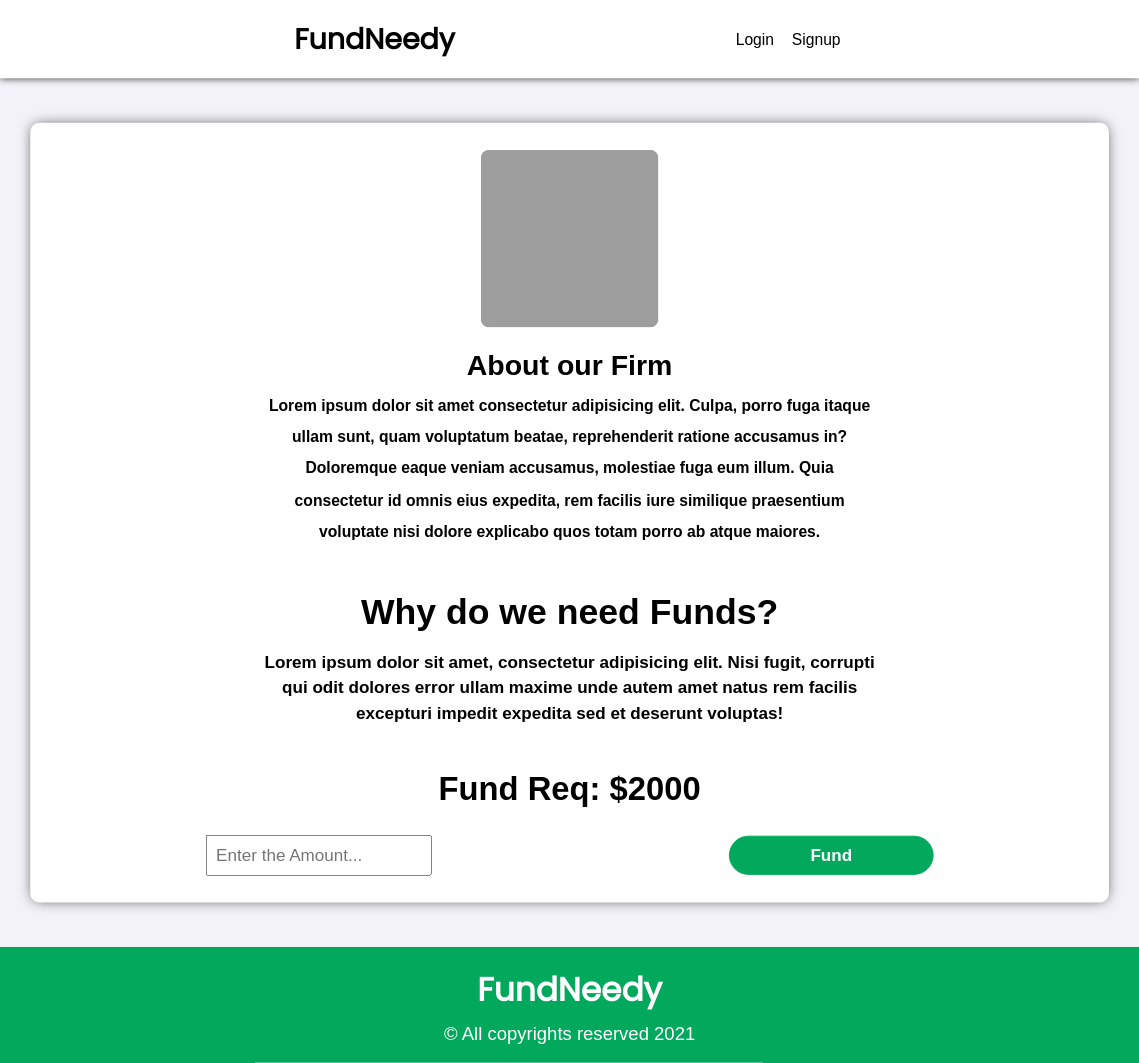
Repository: osdc/codejam
Page: /firmname (app in sassy-sandwiches/fund-needy/)
These files come from the project's save history. The page is drawn as it stood at one moment and after the next save; the edit follows.
The browser window is 1280 px wide. The pictures show the whole page, at 89% of full size.
Pictures or frames that could not be fetched are drawn as grey boxes. The project was rebuilt for these pictures with package versions that can differ from the ones it lists, and the page was loaded fresh each time. Also part of the build but not shown: sassy-sandwiches/fund-needy/src/Showcase.css, sassy-sandwiches/fund-needy/src/Showcase.js, sassy-sandwiches/fund-needy/src/Needies.css, sassy-sandwiches/fund-needy/src/Needy.css, sassy-sandwiches/fund-needy/src/Needy.js, sassy-sandwiches/fund-needy/src/Needies.js.

Above is the page before, as saved 2021-01-09 22:34:37.

### sassy-sandwiches/fund-needy/public/index.html
<!DOCTYPE html>
<html lang="en">
  <head>
    <meta charset="utf-8" />
    <link rel="icon" href="%PUBLIC_URL%/favicon.ico" />
    <meta name="viewport" content="width=device-width, initial-scale=1" />
    <meta name="theme-color" content="#000000" />
    <meta
      name="description"
      content="Web site created using create-react-app"
    />
    <link rel="apple-touch-icon" href="%PUBLIC_URL%/logo192.png" />
    <link rel="manifest" href="%PUBLIC_URL%/manifest.json" />
    <title>FundNeedy</title>
  </head>
  <body>
    <noscript>You need to enable JavaScript to run this app.</noscript>
    <div id="root"></div>
  </body>
</html>

### sassy-sandwiches/fund-needy/src/App.js
import React from "react";
import "./App.css";
import Navbar from "./Navbar";
import Showcase from "./Showcase";
import Needies from "./Needies";
import Footer from "./Footer";
import { BrowserRouter as Router, Route, Switch } from "react-router-dom";
import FirmFund from "./FirmFund";

function App() {
  return (
    <div className="App">
      <Router>
        <Navbar />
        <Switch>
          <Route exact path="/" component={Showcase} />
          <Route path="/needies" component={Needies} />
          <Route path="/firmname" component={FirmFund} />
        </Switch>
        <Footer />
      </Router>
    </div>
  );
}

export default App;

### sassy-sandwiches/fund-needy/src/App.css
* {
  margin: 0;
  padding: 0;
  font-family: Arial, Helvetica, sans-serif;
}

body {
  background-color: #f3f2f8;
}

### sassy-sandwiches/fund-needy/src/Navbar.js
import React from "react";
import "./Navbar.css";

function Navbar() {
  return (
    <div className="navbar">
      <div className="navbar_logo">
        <h1>FundNeedy</h1>
      </div>
      <div className="navbar_login_signup">
        <button>Login</button>
        <button>Signup</button>
      </div>
    </div>
  );
}

export default Navbar;

### sassy-sandwiches/fund-needy/src/Footer.js
import React from "react";
import "./Footer.css";

function Footer() {
  return (
    <div className="footer">
      <h1>FundNeedy</h1>
      <p>© All copyrights reserved 2021</p>
    </div>
  );
}

export default Footer;

### sassy-sandwiches/fund-needy/src/FirmFund.js
import React from "react";
import "./FirmFund.css";

function FirmFund() {
  return (
    <div className="firmFund">
      <div className="firmFund_image">
        <img
          src="https://i.pinimg.com/originals/ba/fc/15/bafc1525cef9606c5c064694ca8e60fb.jpg"
          alt=""
        />
      </div>
      <div className="firmFund_about">
        <h2>About our Firm</h2>
        <p>
          Lorem ipsum dolor sit amet consectetur adipisicing elit. Culpa, porro
          fuga itaque ullam sunt, quam voluptatum beatae, reprehenderit ratione
          accusamus in? Doloremque eaque veniam accusamus, molestiae fuga eum
          illum. Quia consectetur id omnis eius expedita, rem facilis iure
          similique praesentium voluptate nisi dolore explicabo quos totam porro
          ab atque maiores.
        </p>
      </div>
      <div className="firmFund_need">
        <h2>Why do we need Funds?</h2>
        <p>
          Lorem ipsum dolor sit amet, consectetur adipisicing elit. Nisi fugit,
          corrupti qui odit dolores error ullam maxime unde autem amet natus rem
          facilis excepturi impedit expedita sed et deserunt voluptas!
        </p>
      </div>
      <div className="firmFund_fund">
        <h2>Fund Req: $2000</h2>
        <form>
          <input type="number" required placeholder="Enter the Amount..." />
          <button>Fund</button>
        </form>
      </div>
    </div>
  );
}

export default FirmFund;

### sassy-sandwiches/fund-needy/src/Navbar.css
@import url("https://fonts.googleapis.com/css2?family=Poppins&display=swap");

.navbar {
  display: flex;
  align-items: center;
  justify-content: space-evenly;
  padding: 20px;
  -webkit-box-shadow: 0px 1px 8px 0px rgba(0, 0, 0, 0.75);
  -moz-box-shadow: 0px 1px 8px 0px rgba(0, 0, 0, 0.75);
  box-shadow: 0px 1px 8px 0px rgba(0, 0, 0, 0.75);
  background-color: #fff;
  /* position: sticky; */
  top: 0;
  z-index: 10000;
}

.navbar_logo > h1 {
  font-family: "Poppins", sans-serif;
}

.navbar_login_signup {
  display: flex;
  align-items: center;
  justify-content: space-between;
}

.navbar_login_signup > button:nth-of-type(1) {
  margin-right: 10px;
}

.navbar_login_signup > button {
  padding: 5px;
  font-size: 1.1rem;
  outline: none;
  border: none;
  background-color: #fff;
  cursor: pointer;
  width: 100%;
}

### sassy-sandwiches/fund-needy/src/Footer.css
.footer {
  text-align: center;
  background-color: #02a95c;
  color: #fff;
  padding: 20px;
}

.footer > h1 {
  font-size: 2.3rem;
  font-family: "Poppins";
}

.footer > p {
  font-size: 1.3rem;
  font-weight: 400;
  margin-top: 10px;
}

### sassy-sandwiches/fund-needy/src/FirmFund.css
.firmFund {
  text-align: center;
  background-color: #fff;
  padding: 30px;
  width: 90%;
  margin: auto;
  margin-top: 50px;
  margin-bottom: 50px;
  border-radius: 10px;
  -webkit-box-shadow: 0px 0px 15px -3px rgba(0, 0, 0, 0.75);
  -moz-box-shadow: 0px 0px 15px -3px rgba(0, 0, 0, 0.75);
  box-shadow: 0px 0px 15px -3px rgba(0, 0, 0, 0.75);
}

.firmFund_image > img {
  height: 200px;
  width: 200px;
  border-radius: 10px;
}

.firmFund_about > h2 {
  font-size: 2rem;
  margin-top: 20px;
}

.firmFund_about > p {
  width: 60%;
  margin: auto;
  font-size: 1.1rem;
  font-weight: 600;
  margin-top: 10px;
  margin-bottom: 10px;
  line-height: 2;
}

.firmFund_need > h2 {
  font-size: 2.5rem;
  margin-top: 50px;
}

.firmFund_need > p {
  width: 60%;
  margin: auto;
  margin-top: 20px;
  margin-bottom: 20px;
  font-size: 1.2rem;
  font-weight: 700;
  line-height: 1.5;
}

.firmFund_fund > h2 {
  font-size: 2.3rem;
  margin-top: 50px;
}

.firmFund_fund > form {
  display: flex;
  align-items: center;
  justify-content: space-around;
  margin-top: 30px;
}

.firmFund_fund > form > input[type="number"] {
  padding: 10px;
  width: 20%;
  font-size: 1.2rem;
  outline: none;
}

.firmFund_fund > form > input[type="number"]:focus {
  border: 1px solid #02a95c;
}

.firmFund_fund > form > button {
  font-size: 1.2rem;
  width: 20%;
  border-radius: 30px;
  outline: none;
  background-color: #02a95c;
  color: #fff;
  font-weight: 700;
  padding: 10px;
  border: 1px solid #02a95c;
  cursor: pointer;
}

Loaded but not shown: sassy-sandwiches/fund-needy/src/index.js (common file); sassy-sandwiches/fund-needy/src/index.css (common file)

After the next save:
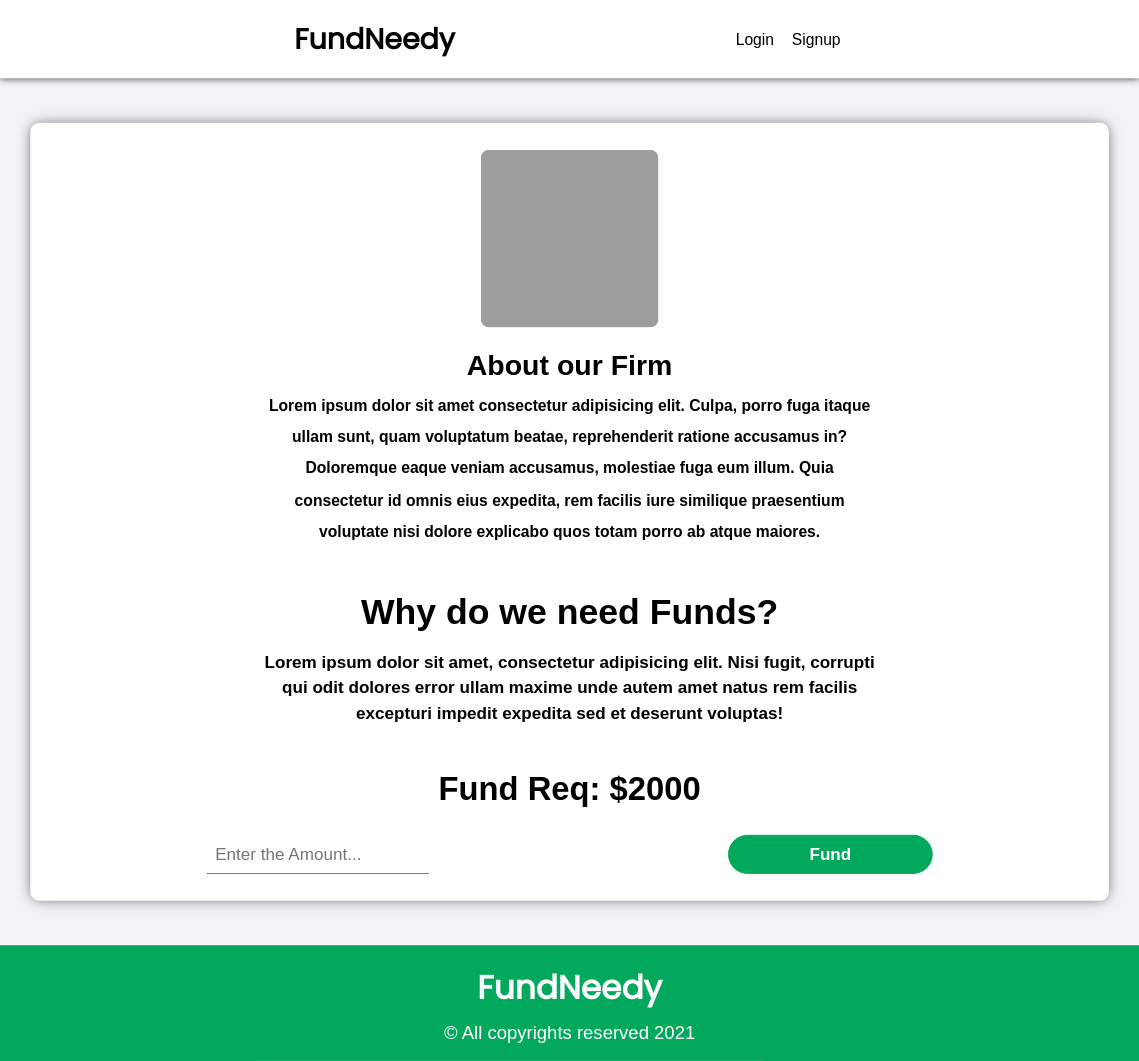
Saved 41 s later.
--- a/sassy-sandwiches/fund-needy/src/FirmFund.css
+++ b/sassy-sandwiches/fund-needy/src/FirmFund.css
@@ -65,6 +65,8 @@
   width: 20%;
   font-size: 1.2rem;
   outline: none;
+  border: none;
+  border-bottom: 1px solid #02a95c;
 }
 
 .firmFund_fund > form > input[type="number"]:focus {
